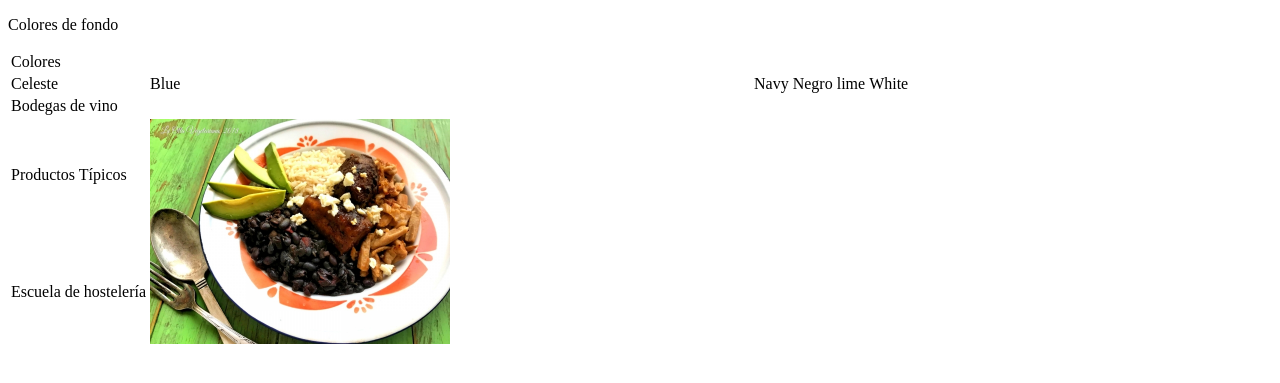
Repository: ThePerez/ArgProg
Page: Practicas ArgProg/Practica 3/Ejercicio 5/index.html
The author's editor kept a copy of each file at every save. The page is drawn from the files as they stood at one save, then again after the next save.
The browser window is 1280 px wide. The pictures show the whole page.

Above is the page before, as saved 2023-03-14 11:48:06.

After the next save:
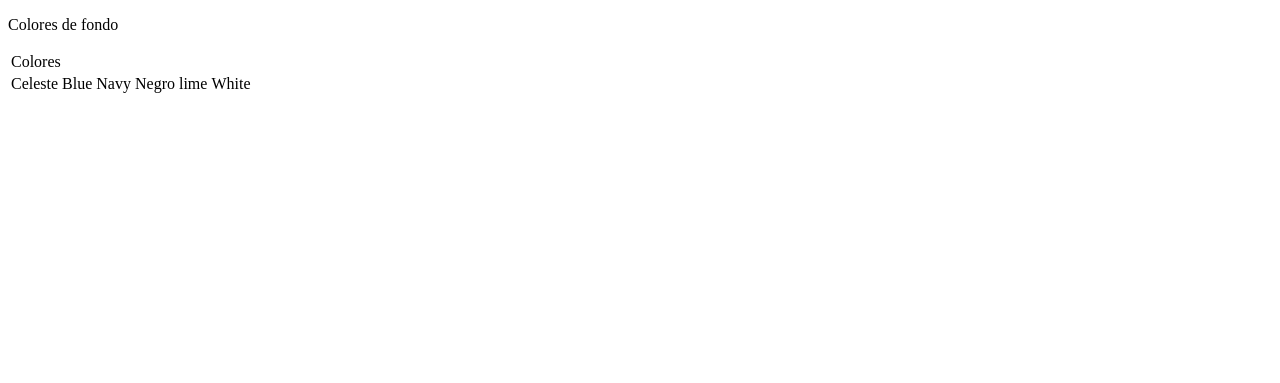
Saved 11 s later.
--- a/Practicas ArgProg/Practica 3/Ejercicio 5/index.html
+++ b/Practicas ArgProg/Practica 3/Ejercicio 5/index.html
@@ -25,16 +25,7 @@
                     <td id="lime">lime</td>
                     <td id="white">White</td>
                </tr>
-               <tr>
-                    <td>Bodegas de vino </td>
-               </tr>
-               <tr>
-                    <td>Productos Típicos</td>
-                    <td rowspan="2"><img src="../../assets/pabellon.jpg" alt="Cachapaz" width="50%" height="100%"></td>
-               </tr>
-               <tr>
-                    <td>Escuela de hostelería</td>
-               </tr>
+
      </div>
 </body>
 
